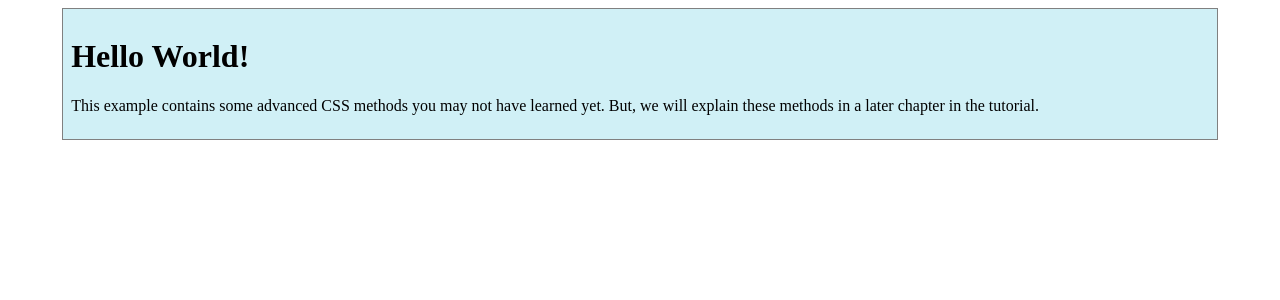
Repository: kanumuruwe45/aws-ecr
Page: templates/index.html
These files come from the project's save history. The page is drawn as it stood at one moment and after the next save; the edit follows.
The browser window is 1280 px wide. The pictures show the whole page.
The template is drawn by Flask 3. The application's start-up code is not run. Other server files are loaded and not shown. The template is opened directly, without the code that normally fills it, so the values that code supplies are empty.

Above is the page before, as saved 2021-07-07 16:28:41.

### templates/index.html
<!DOCTYPE html>
<html>
<head>
<style>


.center_div {
  border: 1px solid gray;
  margin-left: auto;
  margin-right: auto;
  width: 90%;
  background-color: #d0f0f6;
  text-align: left;
  padding: 8px;
}
</style>
</head>
<body>

<div class="center_div">
  <h1>Hello World!</h1>
  <p>This example contains some advanced CSS methods you may not have learned yet. But, we will explain these methods in a later chapter in the tutorial.</p>
</div>

</body>
</html>

After the next save:
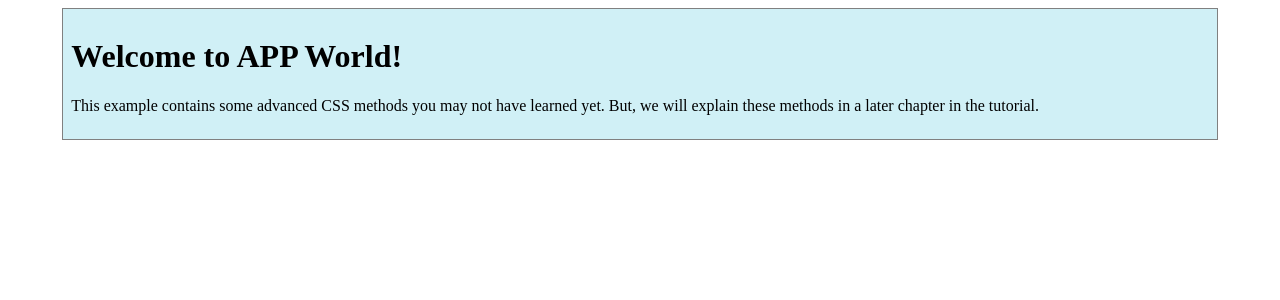
Saved 10 s later.
--- a/templates/index.html
+++ b/templates/index.html
@@ -18,7 +18,7 @@
 <body>
 
 <div class="center_div">
-  <h1>Hello World!</h1>
+  <h1>Welcome to APP World!</h1>
   <p>This example contains some advanced CSS methods you may not have learned yet. But, we will explain these methods in a later chapter in the tutorial.</p>
 </div>
 
